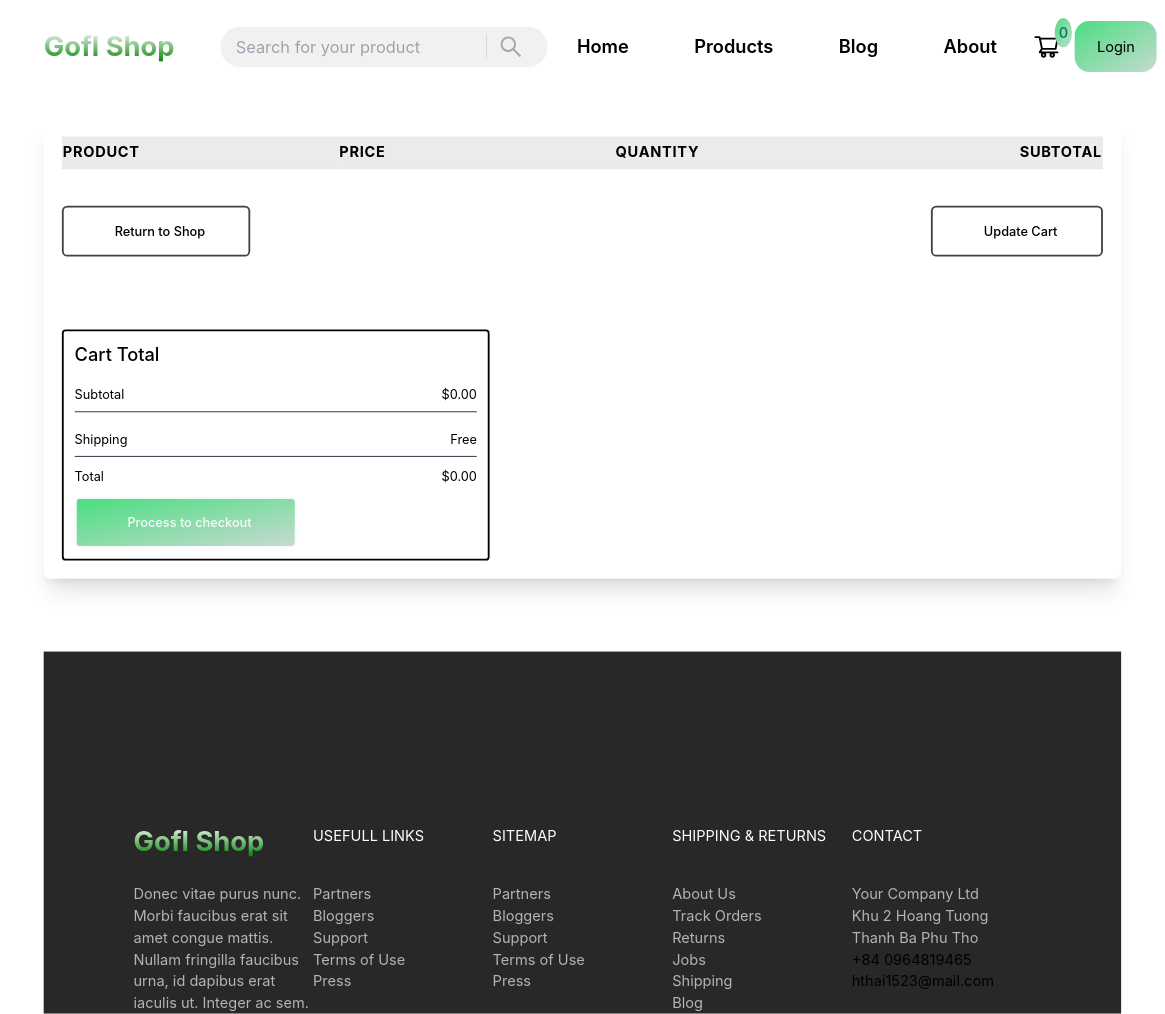
Repository: hthai1523/ecommerce-website
Page: /cart
An editor plug-in stored every save of this project. The page is shown before and after the next save, followed by the edit.
The browser window is 1280 px wide. The pictures show the whole page, at 91% of full size.
The project was rebuilt for these pictures with package versions that can differ from the ones it lists, and the page was loaded fresh each time. Also part of the build but not shown: src/assets/index.js, src/components/Image/index.jsx, src/components/Card/index.jsx, src/components/Layout/components/Arrivals/index.jsx, src/components/BlogContainer/index.jsx, src/components/Layout/components/Blog/index.jsx, src/components/Layout/components/PreProduct/index.jsx, src/components/Layout/components/Content/index.jsx and 22 more. Imported but missing from the stored project, and not drawn on this page: src/components/Layout/components/BlogFeaturePosts.

Above is the page before, as saved 2024-06-06 03:14:26.

### public/index.html
<!DOCTYPE html>
<html lang="en">
  <head>
    <meta charset="utf-8" />
    <link rel="icon" href="%PUBLIC_URL%/favicon.ico" />
    <meta name="viewport" content="width=device-width, initial-scale=1" />
    <meta name="theme-color" content="#000000" />
    <meta
      name="description"
      content="Web site created using create-react-app"
    />
    <link rel="apple-touch-icon" href="%PUBLIC_URL%/logo192.png" />
    <!--
      manifest.json provides metadata used when your web app is installed on a
      user's mobile device or desktop. See https://developers.google.com/web/fundamentals/web-app-manifest/
    -->
    <link rel="manifest" href="%PUBLIC_URL%/manifest.json" />
    <!--
      Notice the use of %PUBLIC_URL% in the tags above.
      It will be replaced with the URL of the `public` folder during the build.
      Only files inside the `public` folder can be referenced from the HTML.

      Unlike "/favicon.ico" or "favicon.ico", "%PUBLIC_URL%/favicon.ico" will
      work correctly both with client-side routing and a non-root public URL.
      Learn how to configure a non-root public URL by running `npm run build`.
    -->
    <title>Golf Ecommerce</title>
  </head>
  <body>
    <noscript>You need to enable JavaScript to run this app.</noscript>
    <div id="root"></div>
    <!--
      This HTML file is a template.
      If you open it directly in the browser, you will see an empty page.

      You can add webfonts, meta tags, or analytics to this file.
      The build step will place the bundled scripts into the <body> tag.

      To begin the development, run `npm start` or `yarn start`.
      To create a production bundle, use `npm run build` or `yarn build`.
    -->
  </body>
</html>

### src/App.jsx
import React, {Fragment} from "react";
import { BrowserRouter as Router, Routes, Route } from "react-router-dom";
import {publicRoutes} from './routes'
import {DefaultLayout} from './components/Layout';

import {AuthProvider} from './contexts/authContext';
import {CartProvider} from './contexts/CartContext';

function App() {
  return (
    <AuthProvider>
      <CartProvider>
      <Router>
        <div>
          <Routes>
          {publicRoutes.map((route, index) => {
                          const Page = route.component;
                          let Layout = DefaultLayout;

                          if (route.layout) {
                              Layout = route.layout;
                          } else if (route.layout === null) {
                              Layout = Fragment;
                          }

                          return (
                              <Route
                                  key={index}
                                  path={route.path}
                                  element={
                                      <Layout>
                                          <Page />
                                      </Layout>
                                  }
                              />
                          );
                      })}
          </Routes>
        </div>
      </Router>
      </CartProvider>
    </AuthProvider>
  )
}

export default App;

### src/index.css
@tailwind base;
@tailwind components;
@tailwind utilities;

@import url("https://fonts.googleapis.com/css2?family=Inter:wght@100..900&family=Noto+Sans:ital@0;1&display=swap");

:root {
  --search-button-width: 66px;
  --search-height: 45px;
  --search-top-space: 8px;
}

body {
  background-color: #fff;
  font-family: "Inter", sans-serif;
  scroll-behavior: smooth;
}

.bg-primary-color {
  @apply bg-gradient-to-br from-green-400 to-[#c6dad0];
}

.green-primary-color {
  @apply bg-gradient-to-b from-white to-[#008000] bg-clip-text font-bold text-transparent;
}

button,
input,
[tabindex] {
  outline: none;
  border: none;
}

a[href] {
  color: #000;
  text-decoration: none;
}

hr{
  max-width: 100%;
  width: 90%;
  border: 1px solid #000;
  color: red;
}



.search {
  width: 360px;
  height: 45px;
  background-color: #1618230f;
  border-radius: 24px;
  padding-left: 16px;
  display: flex;
  position: relative;
  border: 1.5px solid transparent;
}

.search:focus-within {
  border-color: #16182333;
}

.search::after {
  content: "";
  display: block;
  position: absolute;
  right: var(--search-button-width);
  background-color: rgba(22, 24, 35, 0.12);
  width: 0.83px;
  height: calc(var(--search-height) - 18px);
  top: var(--search-top-space);
}

.search input:not(:placeholder-shown) ~ .search-btn {
  color: #60616a;
}

.loading {
  animation: spinner 0.8s linear infinite;
}

@keyframes spinner {
  from {
      transform: translateY(-50%) rotate(0);
  }

  to {
      transform: translateY(-50%) rotate(360deg);
  }
}

### src/routes/index.jsx
import routesConfig from ".././config/route";

// Header only

import Home from ".././pages/Home";
import Login from ".././pages/Login";
import Register from ".././pages/Register";
import Product from ".././pages/Product";
import Blog from ".././pages/Blog";
import About from ".././pages/About";
import ProductDetail from '.././pages/ProductDetail';
import Cart from '.././pages/Cart';

import ProductListLayout from "../components/Layout/ProductListLayout";


const publicRoutes = [
  { path: routesConfig.home, component: Home },
  { path: '/ecommerce-website', component: Home },
  { path: routesConfig.product, component: Product, layout: ProductListLayout },
  { path: routesConfig.blog, component: Blog },
  { path: routesConfig.about, component: About },
  { path: routesConfig.productDetail, component: ProductDetail },
  { path: routesConfig.cart, component: Cart },
  { path: routesConfig.login, component: Login ,  layout: null },
  { path: routesConfig.register, component: Register, layout: null },
];

const privateRoutes = [];

export { publicRoutes, privateRoutes };

### src/components/Layout/index.jsx
export {default as DefaultLayout} from './DefaultLayout'
export {default as LoginLayout} from './LoginLayout'
export {default as RegisterLayout} from './RegisterLayout'

### src/contexts/authContext/index.jsx
import React, { useEffect, useState, useContext } from "react";
import { auth } from "../../Firebase/Firebase.js";
import { onAuthStateChanged } from "firebase/auth";

const AuthContext = React.createContext();

export function useAuth() {
  return useContext(AuthContext);
}

export function AuthProvider({ children }) {
  const [currentUser, setCurrentUser] = useState(null);
  const [userLoggedIn, setUserLoggedIn] = useState(false);
  const [loading, setLoading] = useState(true);

  useEffect(() => {
    const unsubcribe = onAuthStateChanged(auth, initializeUser);

    return unsubcribe;
  }, []);

  async function initializeUser(user) {
    if (user) {
      setCurrentUser({ ...user });
      setUserLoggedIn(true);
    } else {
      setCurrentUser(null);
      setUserLoggedIn(false);
    }
    setLoading(false);
  }

  const value = {
    currentUser,
    userLoggedIn,
    loading,
  };

  return (
    <AuthContext.Provider value={value}>
      {!loading && children}
    </AuthContext.Provider>
  );
}

### src/config/route.jsx
const routes = {
    home: '/',
    login: '/login',
    register: '/register',
    product: '/product',
    blog: '/blog',
    about: '/about',
    productDetail: '/productDetail/:id',
    cart: '/cart',
}

export default routes;

### src/pages/Cart/index.jsx
import React, { useEffect, useState } from "react";
import CartMainSection from "../../components/Layout/components/CartMainSection";
import CartSection from "../../components/Layout/components/CartSection";
import { MotionDiv } from "../../lib/framer";
import Button from "../../components/Button";
import { useCartContext } from "../../contexts/CartContext";
import {formatCurrentcy} from "../../function";
import Footer from "../../components/Layout/components/Footer";

function Cart() {
  const { cart } = useCartContext();


  const total = formatCurrentcy(
    cart.reduce((total, cartItem) => {
      return total + cartItem.price * cartItem.quantity;
    }, 0)
  );

  return (
    <div className="w-full mt-[102px] mb-20 p-5 rounded-lg shadow-xl container mx-auto ">
      <MotionDiv initial={{ opacity: 0, y: 40 }} animate={{ opacity: 1, y: 0 }}>
        <div>
          <table className="min-w-full text-left text-base capitalize font-light whitespace-nowrap table-auto mb-10">
            <CartMainSection />
            {cart.map((item) => (
              <CartSection data={item} key={item.id} />
            ))}
          </table>
          <div className="flex justify-between">
            <Button
              to="/"
              className="text-center font-medium text-sm cursor-pointer transition-all bg-transparent border-2 border-solid rounded-md border-[#414141] py-4 px-12  hover:bg-[#ebebeb] hover:border-slate-400  "
            >
              Return to Shop
            </Button>
            <Button
              className="text-center font-medium text-sm cursor-pointer transition-all bg-transparent border-2 border-solid rounded-md border-[#414141] py-4 px-12  hover:bg-[#ebebeb] hover:border-slate-400  "
            >
              Update Cart
            </Button>
          </div>
        </div>

        <div className="max-w-[470px] w-full rounded border-solid border-2 border-black mt-20 ">
          <div className="p-3 space-y-3">
            <h4 className="text-xl font-medium">Cart Total</h4>
            <ul className="space-y-3">
              <li className="border-b border-slate-800 py-2 text-sm">
                Subtotal
                <span className="float-right">{total}</span>
              </li>
              <li className="border-b border-slate-800 py-2 text-sm">
                Shipping
                <span className="float-right">Free</span>
              </li>
              <li className="text-sm">
                Total
                <span className="float-right">{total}</span>
              </li>
            </ul>
            <Button className="text-center font-medium text-sm text-slate-50 cursor-pointer transition-all border-2 border-solid rounded-md bg-primary-color py-4 px-12  hover:border-slate-400  ">
              Process to checkout
            </Button>
          </div>
        </div>
      </MotionDiv>
    </div>
  );
}

export default Cart;

### src/components/Layout/DefaultLayout/index.jsx
import React from "react";
import Header from "../components/Header";
import { MotionDiv } from "../../../lib/framer";
import { motion } from "framer-motion";
import Footer from "../components/Footer";
function DefaultLayout({ children }) {
  return (
    <div className="flex flex-col items-center justify-center px-12 pt-7 overflow-y-auto">
      <Header />
      <div className="w-full">
        <MotionDiv
          initial={{ opacity: 0, y: 40 }}
          animate={{ opacity: 1, y: 0 }}
        >
          {children}
        </MotionDiv>
      </div>
      <Footer />
    </div>
  );
}

export default DefaultLayout;

### src/components/Layout/components/Footer/index.jsx
import { Link } from "react-router-dom";
import routeConfig from "../../../../config/route";



function Footer() {
  return (
    <section className="bg-[rgb(40,40,40)]  w-full pt-[190px] flex ">
      <div className=" flex flex-wrap justify-center container mx-auto">
        <div className="lg:w-2/12 md:w-4/12 sm:w-6/12 space-y-7 ">
          <Link to={routeConfig.home}>
            <div className=" text-left text-3xl font-extrabold green-primary-color">
              <h1>Gofl Shop</h1>
            </div>
          </Link>
          <p className="text-[#b4b4b4]">
            Donec vitae purus nunc. Morbi faucibus erat sit amet congue mattis.
            Nullam fringilla faucibus urna, id dapibus erat iaculis ut. Integer
            ac sem.
          </p>
        </div>
        <div className="lg:w-2/12 md:w-4/12 sm:w-6/12 space-y-7">
          <h6 className="h-9  text-white uppercase">usefull links</h6>
          <ul className="text-[#b4b4b4]">
            <li>Partners</li>
            <li>Bloggers</li>
            <li>Support</li>
            <li>Terms of Use</li>
            <li>Press</li>
          </ul>
        </div>
        <div className="lg:w-2/12 md:w-4/12 sm:w-6/12 space-y-7">
          <h6 className="h-9  text-white">SITEMAP</h6>
          <ul className="text-[#b4b4b4]">
            <li>Partners</li>
            <li>Bloggers</li>
            <li>Support</li>
            <li>Terms of Use</li>
            <li>Press</li>
          </ul>
        </div>
        <div className="lg:w-2/12 md:w-4/12 sm:w-6/12 space-y-7">
          <h6 className="h-9  text-white">SHIPPING & RETURNS</h6>
          <ul className="text-[#b4b4b4]">
            <li>About Us</li>
            <li>Track Orders</li>
            <li>Returns</li>
            <li>Jobs</li>
            <li>Shipping</li>
            <li>Blog</li>
          </ul>
        </div>
        <div className="lg:w-2/12 md:w-4/12 sm:w-6/12 space-y-7">
          <h6 className="h-9  text-white">CONTACT</h6>
          <ul className="text-[#b4b4b4]">
            <li>Your Company Ltd</li>
            <li className="capitalize">khu 2 hoang tuong thanh ba phu tho</li>
            <li><a className="" href="tel:0964819465">+84 0964819465</a></li>
            <li><a className="" href="mailto:hthai1523@mail.com">hthai1523@mail.com</a></li>
          </ul>
        </div>
      </div>
    </section>
  );
}

export default Footer;

### src/components/Button/index.jsx
import { NavLink } from "react-router-dom";

const defaultFN = () => {}

function Button({
  children,
  to,
  href,
  icon = false,
  style,
  onClick = defaultFN ,
  separate = false,
  extraClassName = '',
  isPrimary = false,
  isSecondary = false,
  ...passProps
}) {
  let Comp = "button";

  const props = {
    style,
    ...passProps,
  };

  if (to) {
    props.to = to;
    Comp = NavLink;
  } else if (href) {
    props.href = href;
    Comp = "a";
  }

  return (

      <Comp
        className={`px-6 py-4 bg-transparent cursor-pointer hover:opacity-55 font-semibold text-xl ${extraClassName} `}
        onClick = {onClick}
        {...props}
      >
        {icon && <span className="text-3xl">{icon}</span>}
        {children && <span className="ml-2">{children}</span>}
        {separate && <div className="absolute h-6 w-[1px] right-[-10px] top-5 bg-[#414141] skew-x-[-20deg]  "></div>}
      </Comp>

  );
}

export default Button;

### src/components/Layout/components/CartMainSection/index.jsx
function CartMainSection({ children }) {
  return (
    <>
      <thead className="uppercase tracking-wider border-b-2 dark:border-neutral-600 bg-[#ebebeb]">
        <tr>
          <th className="py-[5px]  ">Product</th>
          <th className="py-[5px]  ">Price</th>
          <th className="py-[5px] text-center ">Quantity</th>
          <th className="py-[5px] text-right ">Subtotal</th>
        </tr>
      </thead>
    </>
  );
}

export default CartMainSection;

### src/components/Layout/components/Header/index.jsx
import Tippy from "@tippyjs/react";

import Search from "../../../Search";

import { Navigation } from "../Navigation";
import routeConfig from '../../../../config/route';
import { Link } from "react-router-dom";

function Header() {


  return (
    <div className="max-w-[999999px] w-full h-24 fixed z-40 top-0 bg-white/50 backdrop-blur-xl fil px-8  ">
      <div className=" flex items-center justify-between  ">
        <Link
          to={routeConfig.home}
        >
          <div className="w-[210px] px-4  text-left text-3xl font-extrabold green-primary-color"><h1>Gofl Shop</h1></div>
        </Link>

        {/* Search */}
        <Search />

        <Navigation />
      </div>
    </div>
  );
}

export default Header;

### src/components/CategorySelector/index.jsx
import React from "react";
import { FaChevronRight } from "react-icons/fa6";
import { TbShirtSport } from "react-icons/tb";

import { PiBaseballCapDuotone, PiPantsDuotone } from "react-icons/pi";

const dataArray = [
  { icon: <TbShirtSport />, text: "Shirt" },
  { icon: <PiBaseballCapDuotone />, text: "Cap" },
  { icon: <PiPantsDuotone />, text: "Pants" },
  // Add more items to your array as needed
];

export default function CategorySelector() {
  return (
    <div className="py-10 px-[30px] border botder-[#E2E2E2]">
      <div className="border-l-4 border-l-black mb-6">
        <h1 className="font-bold text-xl pl-4 ">Category</h1>
      </div>
      <div className="flex flex-col space-y-4">
        {dataArray.map((item, index) => (
          <div
            className="flex items-center justify-between cursor-pointer hover:bg-[#EEE] p-2 "
            key={index}
          >
            <div className="flex items-center gap-3 text-xl">
              <div className="text-2xl">{item.icon}</div>
              <span className="">{item.text}</span>
            </div>
            <div className="p-3">
              <FaChevronRight />
            </div>
          </div>
        ))}
      </div>
    </div>
  );
}

### src/components/Popper/index.jsx
export {default as Wrapper}from './Wrapper.jsx'

### src/components/Popper/Notice/index.jsx
function Notice({ children }) {
  return (
    <span className="absolute r-0 top-5 rounded-[50%] bg-primary-color text-emerald-700 text-center font-medium p-1 cursor-pointer">
      {children}
    </span>
  );
}

export default Notice;

### src/components/Popper/Wrapper.jsx
function Wrapper({children, className = ''}) {
    return (
        <div className="flex flex-col w-full rounded-[8px] min-h-100 bg-white pt-2 shadow-2xl overflow-hidden"
        style={{ maxHeight: "calc(-156px + 100vh)", maxWidth: "760px" }}>
            {children}
        </div>
     );
}

export default Wrapper;

Loaded but not shown: src/reportWebVitals.js (common file); src/lib/framer.js (common file); src/contexts/CartContext.js (66 lines, source omitted); src/Firebase/auth.js (43 lines, source omitted); src/Firebase/Firebase.js (18 lines, source omitted); src/index.js (16 lines, source omitted); src/hooks/useDebounce.js (16 lines, source omitted); tailwind.config.js (17 lines, source omitted); src/services/searchServices.js (15 lines, source omitted); src/services/getAllProductServices.js (13 lines, source omitted); src/function/index.js (4 lines, source omitted); src/function/formatCurrentcy.js (8 lines, source omitted); src/function/sortProductDate.js (7 lines, source omitted); src/function/sortProductCount.js (5 lines, source omitted); src/function/sortProductRate.js (5 lines, source omitted); src/constant/index.js (5 lines, source omitted); src/hooks/index.js (2 lines, source omitted); src/components/Search/index.jsx (128 lines, source omitted); src/components/Layout/components/Navigation/index.jsx (120 lines, source omitted)

After the next save:
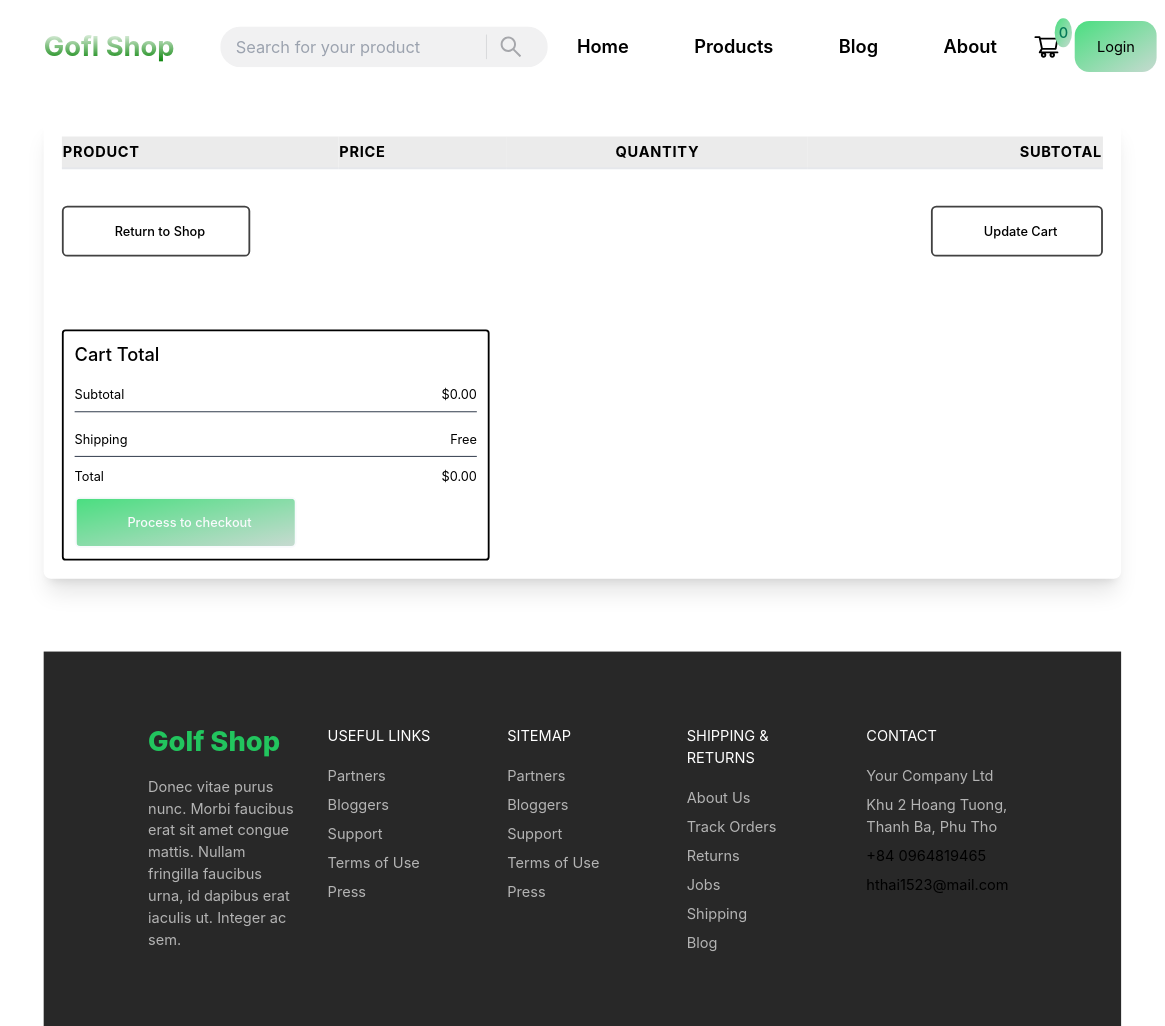
Saved 86 s later.
--- a/src/components/Layout/components/Footer/index.jsx
+++ b/src/components/Layout/components/Footer/index.jsx
@@ -1,16 +1,14 @@
 import { Link } from "react-router-dom";
 import routeConfig from "../../../../config/route";
 
-
-
 function Footer() {
   return (
-    <section className="bg-[rgb(40,40,40)]  w-full pt-[190px] flex ">
-      <div className=" flex flex-wrap justify-center container mx-auto">
-        <div className="lg:w-2/12 md:w-4/12 sm:w-6/12 space-y-7 ">
+    <section className="bg-[rgb(40,40,40)] w-full pt-20 pb-10">
+      <div className="container mx-auto flex flex-wrap justify-center">
+        <div className="w-full lg:w-2/12 md:w-4/12 sm:w-6/12 px-4 mb-10 space-y-5">
           <Link to={routeConfig.home}>
-            <div className=" text-left text-3xl font-extrabold green-primary-color">
-              <h1>Gofl Shop</h1>
+            <div className="text-left text-3xl font-extrabold text-green-500">
+              <h1>Golf Shop</h1>
             </div>
           </Link>
           <p className="text-[#b4b4b4]">
@@ -19,9 +17,9 @@ function Footer() {
             ac sem.
           </p>
         </div>
-        <div className="lg:w-2/12 md:w-4/12 sm:w-6/12 space-y-7">
-          <h6 className="h-9  text-white uppercase">usefull links</h6>
-          <ul className="text-[#b4b4b4]">
+        <div className="w-full lg:w-2/12 md:w-4/12 sm:w-6/12 px-4 mb-10 space-y-5">
+          <h6 className="text-white uppercase">Useful Links</h6>
+          <ul className="text-[#b4b4b4] space-y-2">
             <li>Partners</li>
             <li>Bloggers</li>
             <li>Support</li>
@@ -29,9 +27,9 @@ function Footer() {
             <li>Press</li>
           </ul>
         </div>
-        <div className="lg:w-2/12 md:w-4/12 sm:w-6/12 space-y-7">
-          <h6 className="h-9  text-white">SITEMAP</h6>
-          <ul className="text-[#b4b4b4]">
+        <div className="w-full lg:w-2/12 md:w-4/12 sm:w-6/12 px-4 mb-10 space-y-5">
+          <h6 className="text-white uppercase">Sitemap</h6>
+          <ul className="text-[#b4b4b4] space-y-2">
             <li>Partners</li>
             <li>Bloggers</li>
             <li>Support</li>
@@ -39,9 +37,9 @@ function Footer() {
             <li>Press</li>
           </ul>
         </div>
-        <div className="lg:w-2/12 md:w-4/12 sm:w-6/12 space-y-7">
-          <h6 className="h-9  text-white">SHIPPING & RETURNS</h6>
-          <ul className="text-[#b4b4b4]">
+        <div className="w-full lg:w-2/12 md:w-4/12 sm:w-6/12 px-4 mb-10 space-y-5">
+          <h6 className="text-white uppercase">Shipping & Returns</h6>
+          <ul className="text-[#b4b4b4] space-y-2">
             <li>About Us</li>
             <li>Track Orders</li>
             <li>Returns</li>
@@ -50,13 +48,17 @@ function Footer() {
             <li>Blog</li>
           </ul>
         </div>
-        <div className="lg:w-2/12 md:w-4/12 sm:w-6/12 space-y-7">
-          <h6 className="h-9  text-white">CONTACT</h6>
-          <ul className="text-[#b4b4b4]">
+        <div className="w-full lg:w-2/12 md:w-4/12 sm:w-6/12 px-4 mb-10 space-y-5">
+          <h6 className="text-white uppercase">Contact</h6>
+          <ul className="text-[#b4b4b4] space-y-2">
             <li>Your Company Ltd</li>
-            <li className="capitalize">khu 2 hoang tuong thanh ba phu tho</li>
-            <li><a className="" href="tel:0964819465">+84 0964819465</a></li>
-            <li><a className="" href="mailto:hthai1523@mail.com">hthai1523@mail.com</a></li>
+            <li className="capitalize">Khu 2 Hoang Tuong, Thanh Ba, Phu Tho</li>
+            <li>
+              <a className="hover:text-white transition-colors" href="tel:0964819465">+84 0964819465</a>
+            </li>
+            <li>
+              <a className="hover:text-white transition-colors" href="mailto:hthai1523@mail.com">hthai1523@mail.com</a>
+            </li>
           </ul>
         </div>
       </div>
